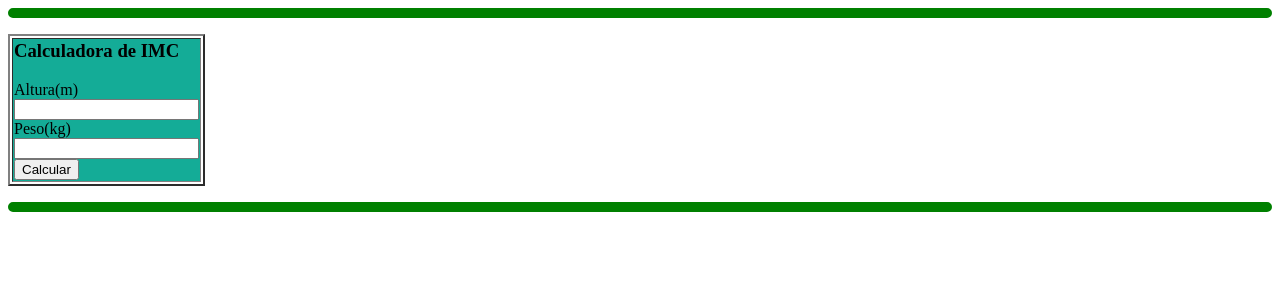
Repository: Patriciamativi/Projetos
Page: index.html
The author's editor kept a copy of each file at every save. The page is drawn from the files as they stood at one save, then again after the next save.
The browser window is 1280 px wide. The pictures show the whole page.

Above is the page before, as saved 2022-11-21 14:41:21.

After the next save:
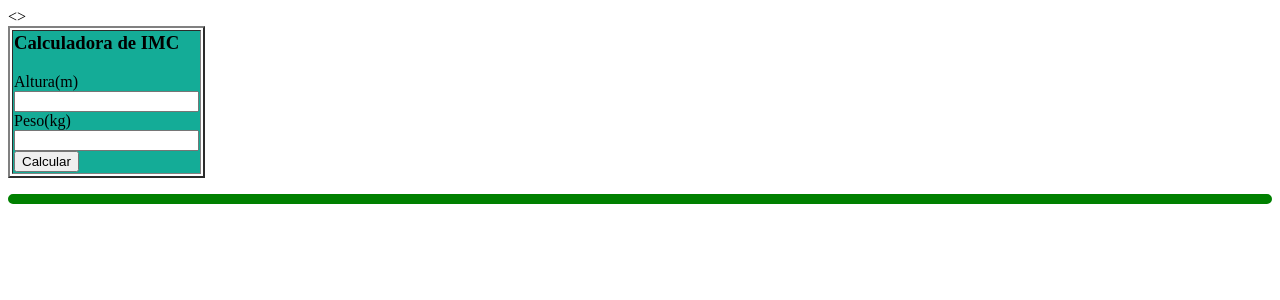
Saved 7 s later.
--- a/index.html
+++ b/index.html
@@ -17,8 +17,8 @@
 
         </style>
     </head>
-   <p>
-</p><table border="2">
+   <>
+<table border="2">
     <body>
          <tr>
             <td><h3>Calculadora de IMC</h3>
